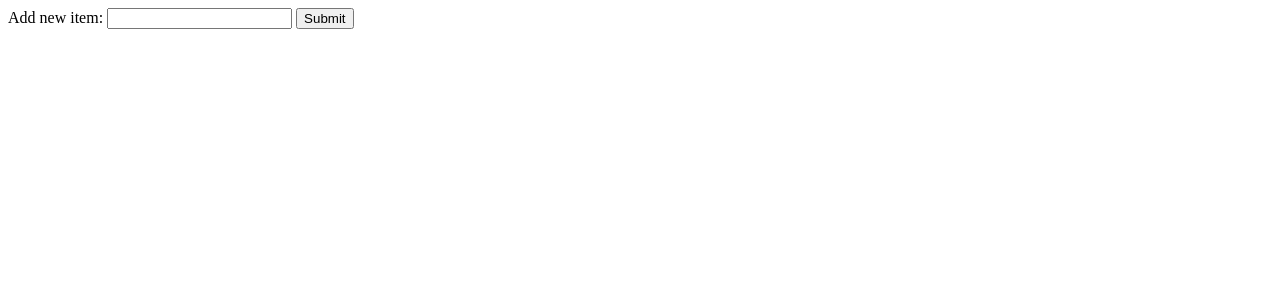
Repository: bpaudel2/jsp-and-servlets-demo
Page: http://localhost/jspdemo/todolist-demo.jsp
These files come from the project's save history. The page is drawn as it stood at one moment and after the next save; the edit follows.
The browser window is 1280 px wide. The pictures show the whole page.
The page is served by Tomcat 9. Other server files are loaded and not shown.

Above is the page before, as saved 2019-05-26 01:26:13.

### jspdemo/WebContent/todolist-demo.jsp
<html>
<body>
<!-- Step1: Create HTML form -->
<form action="todo-demo.asp">
Add new item: <input type="text" name="theItem" />
<input type="submit" value="Submit" />

</form>
<!-- Step2: Add new item to "To Do" list -->

<!-- Step3: Display all "To Do" items from session -->




</body>


</html>

After the next save:
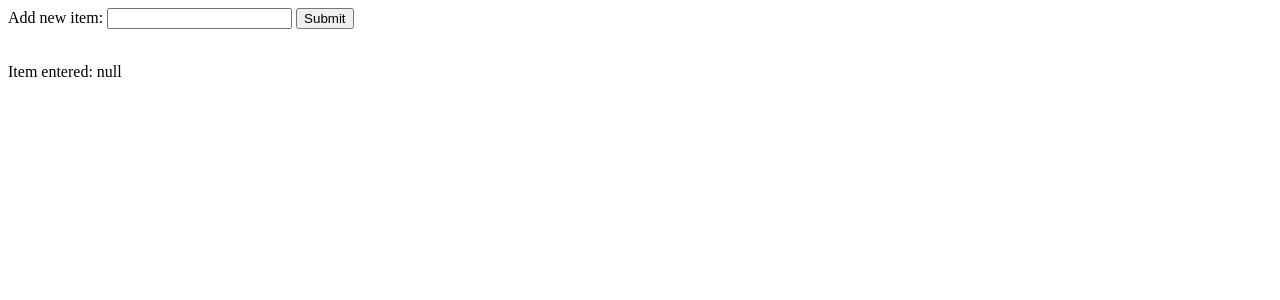
Saved 61 s later.
--- a/jspdemo/WebContent/todolist-demo.jsp
+++ b/jspdemo/WebContent/todolist-demo.jsp
@@ -9,7 +9,8 @@ Add new item: <input type="text" name="theItem" />
 <!-- Step2: Add new item to "To Do" list -->
 
 <!-- Step3: Display all "To Do" items from session -->
-
+<br>
+Item entered: <%= request.getParameter("theItem") %>
 
 
 
